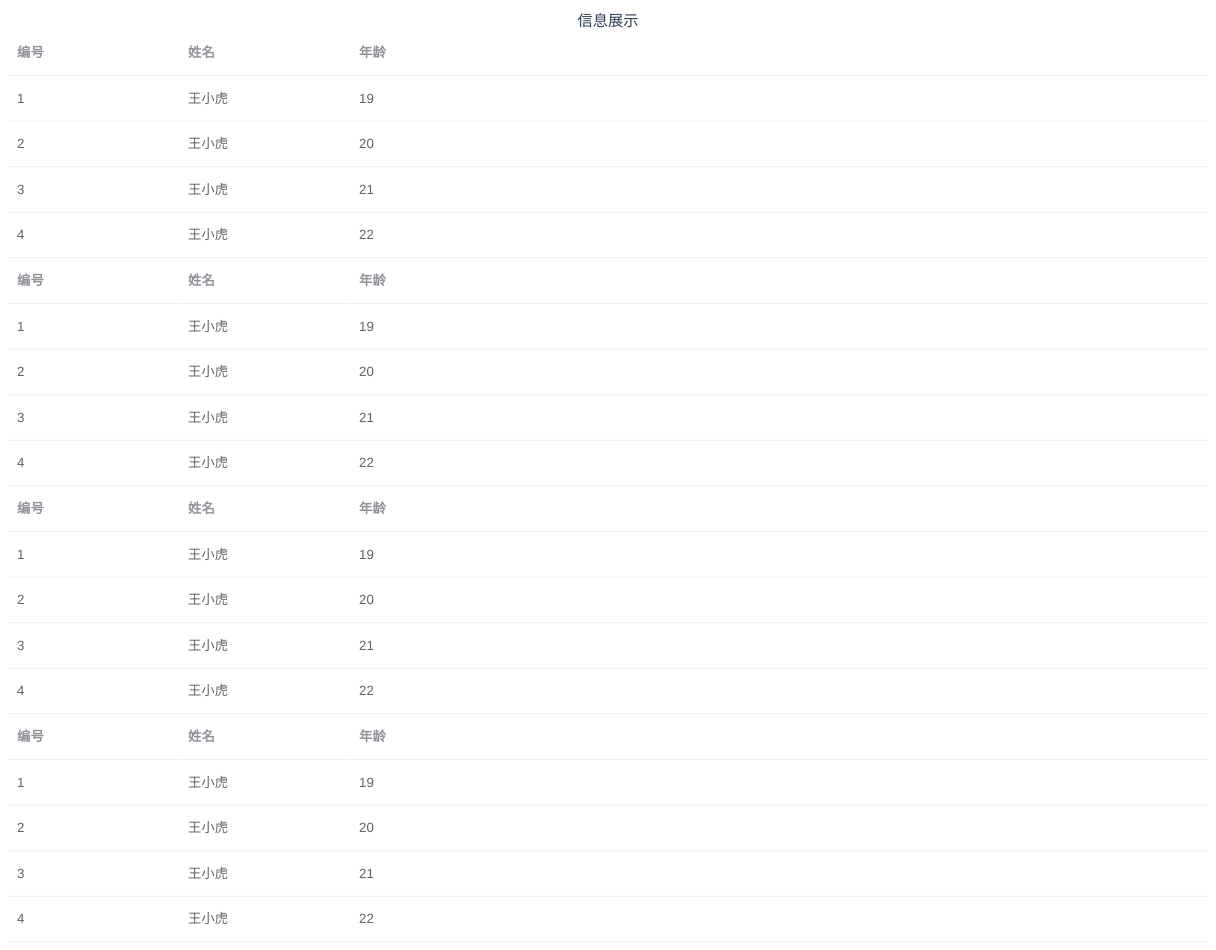
Repository: chang-meng-yun/vue_project
Page: /
An editor plug-in stored every save of this project. The page is shown before and after the next save, followed by the edit.
The browser window is 1280 px wide. The pictures show the whole page, at 95% of full size.
The project was rebuilt for these pictures with package versions that can differ from the ones it lists, and the page was loaded fresh each time. Also part of the build but not shown: vue.config.js, src/VBindStudy.vue, src/HomeWork.vue, src/views/reHome.vue, src/FromFrame.vue, src/prents.vue, src/views/son.vue, src/components/HelloWorld.vue and 1 more.

Above is the page before, as saved 2024-06-27 15:47:58.

After the next save:
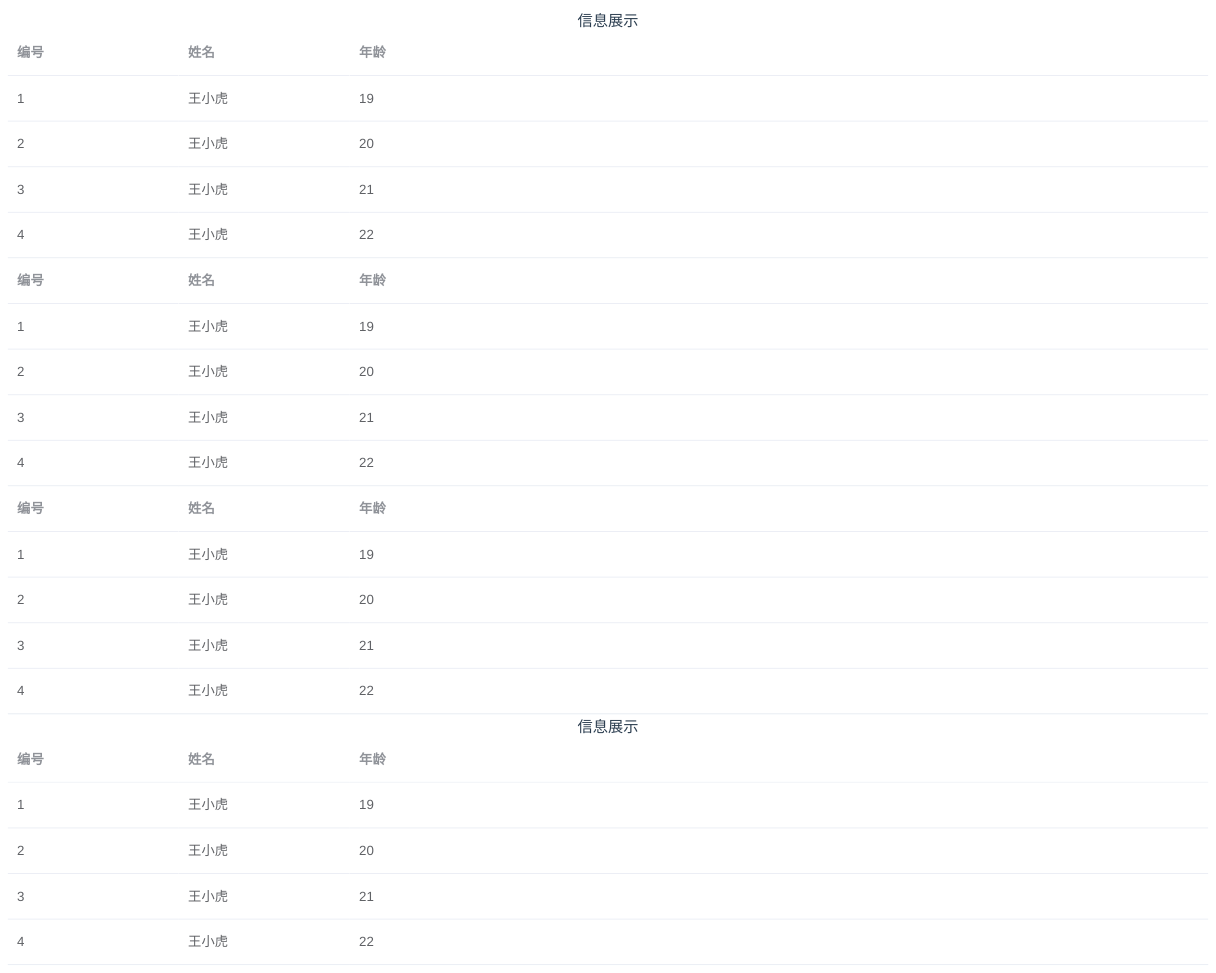
Saved 16 s later.
--- a/src/child.vue
+++ b/src/child.vue
@@ -54,7 +54,7 @@
             }
         },
         // props:["myTitle","mysrc"],
-        props:["myTitle","tableData1"],
+        props:["myTitle","tableData1","myTitle2"],
         methods: {
 
         },
